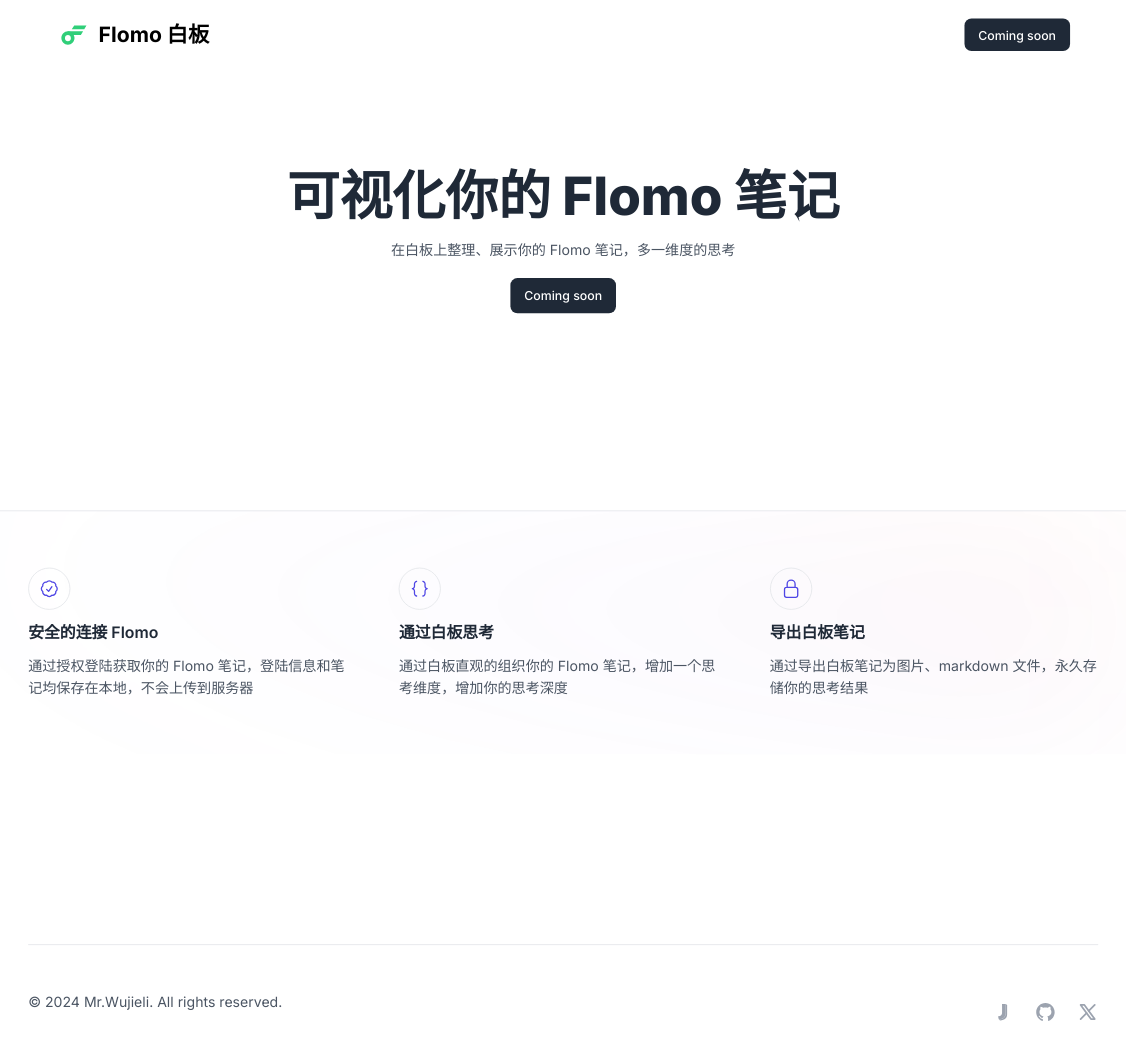
Repository: wujieli0207/flomo-board
Page: /
An editor plug-in stored every save of this project. The page is shown before and after a run of saves, followed by the edit.
The browser window is 1280 px wide. The pictures show the whole page, at 88% of full size.
The project was rebuilt for these pictures with package versions that can differ from the ones it lists, and the page was loaded fresh each time. The framework's server and built-in components were replaced by stand-ins that run in the browser. Also part of the build but not shown: next.config.mjs.

Above is the page before, as saved 2024-06-22 20:37:26.

After the next 2 saves:
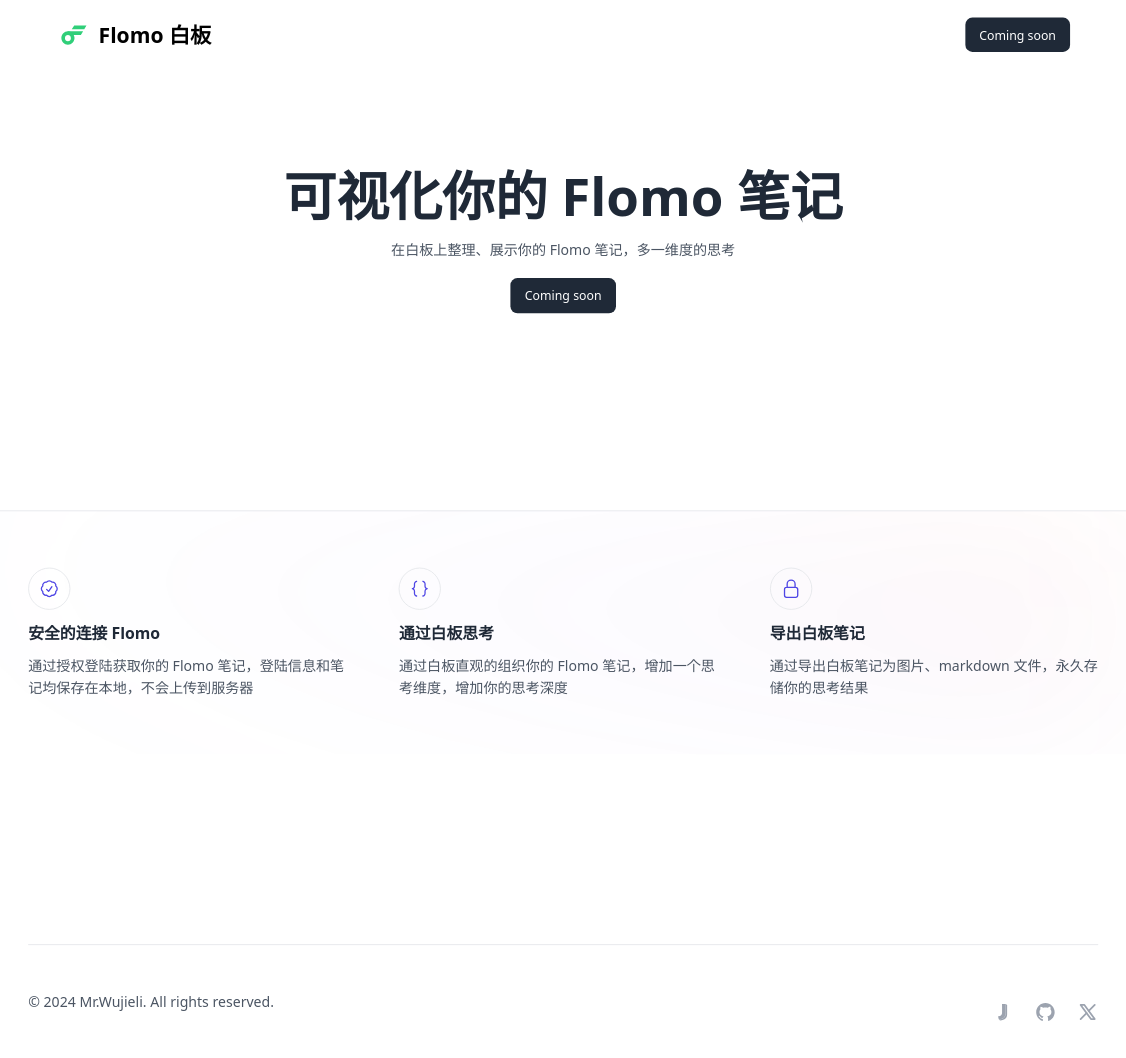
The 2 saves are shown as one change because 1 did not build or start.
The last was saved 8 s later.
--- a/app/layout.tsx
+++ b/app/layout.tsx
@@ -2,8 +2,6 @@
 import { Inter } from 'next/font/google'
 import './globals.css'
 import { siteConfig } from '@/config/site'
-
-const inter = Inter({ subsets: ['latin'] })
 
 export const metadata: Metadata = {
   title: siteConfig.name,
@@ -28,7 +26,7 @@
 }>) {
   return (
     <html lang="en">
-      <body className={inter.className}>{children}</body>
+      <body>{children}</body>
     </html>
   )
 }
